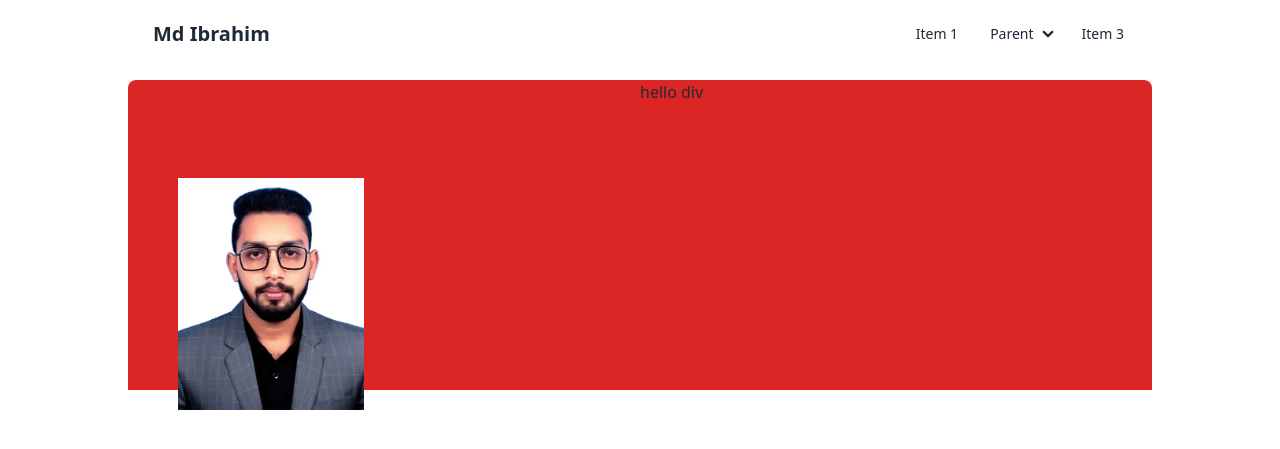
Repository: mdrubel02/portfilo
Page: /
An editor plug-in stored every save of this project. The page is shown before and after the next save, followed by the edit.
The browser window is 1280 px wide. The pictures show the whole page.
The project was rebuilt for these pictures with package versions that can differ from the ones it lists, and the page was loaded fresh each time. Also part of the build but not shown: vite.config.js.

Above is the page before, as saved 2023-06-22 20:37:19.

### src/main.jsx
import React from 'react'
import ReactDOM from 'react-dom/client'
import './index.css'
import { RouterProvider } from 'react-router-dom'
import router from './Layout/routes'



ReactDOM.createRoot(document.getElementById('root')).render(
  <React.StrictMode>
    <div className='max-w-screen-lg mx-auto'>
      <RouterProvider router={router} />
    </div>
  </React.StrictMode>,
)

### src/Layout/routes.jsx
import { createBrowserRouter } from "react-router-dom";
import Main from "./Main";
import Home from "../Pages/Home/Home";


const router = createBrowserRouter([
  {
    path: "/",
    element: <Main />,
    children: [
      { path: '/', element: <Home /> },
      { path: '/home', element: <Home /> }
    ]
  }
]);

export default router;

### src/Layout/Main.jsx
import React from 'react';
import Navbar from '../Shared/Navbar/Navbar';
import { Outlet } from 'react-router-dom';

const Main = () => {
    return (
        <div className=''>
            <Navbar />
            <Outlet />
        </div>
    );
};

export default Main;

### src/Pages/Home/Home.jsx
import React from 'react';
import profile from '../../assets/nayeem.jpg'

const Home = () => {
    return (
        <div className='mt-3 '>
            <div className='h-[310px] bg-red-600 relative rounded-t-lg'>
                <div className='flex'>
                    <div className='flex-1'>
                        <div class=" h-full">
                            <img className='h-3/4 absolute bottom-[-20px] left-[50px]' src={profile} alt="profile" />
                        </div>
                    </div>

                    <div className='flex-1'><p>hello div</p></div>
                </div>
            </div>
        </div>
    );
};

export default Home;

### src/Shared/Navbar/Navbar.jsx
import React from 'react';

const Navbar = () => {
    return (
        <div className="navbar bg-base-100 ">
            <div className="navbar-start">
            <div className="dropdown ">
                    <label tabIndex={0} className="btn btn-ghost lg:hidden">
                        <svg xmlns="http://www.w3.org/2000/svg" className="h-5 w-5" fill="none" viewBox="0 0 24 24" stroke="currentColor"><path strokeLinecap="round" strokeLinejoin="round" strokeWidth="2" d="M4 6h16M4 12h8m-8 6h16" /></svg>
                    </label>
                    <ul tabIndex={0} className="menu menu-sm dropdown-content mt-3 z-[1] p-2 shadow bg-base-100 rounded-box w-52">
                        <li><a>Item 1</a></li>
                        <li>
                            <a>Parent</a>
                            <ul className="p-2">
                                <li><a>Submenu 1</a></li>
                                <li><a>Submenu 2</a></li>
                            </ul>
                        </li>
                        <li><a>Item 3</a></li>
                    </ul>
                </div>
                <a className="btn btn-ghost normal-case text-xl">Md Ibrahim</a>
            </div>
            <div className="navbar-end hidden lg:flex">
                <ul className="menu menu-horizontal px-1">
                    <li><a>Item 1</a></li>
                    <li tabIndex={0}>
                        <details>
                            <summary>Parent</summary>
                            <ul className="p-2">
                                <li><a>Submenu 1</a></li>
                                <li><a>Submenu 2</a></li>
                            </ul>
                        </details>
                    </li>
                    <li><a>Item 3</a></li>
                </ul>
            </div>


        </div>
    );
};

export default Navbar;

Loaded but not shown: index.html (common file); src/index.css (common file); tailwind.config.js (common file)

After the next save:
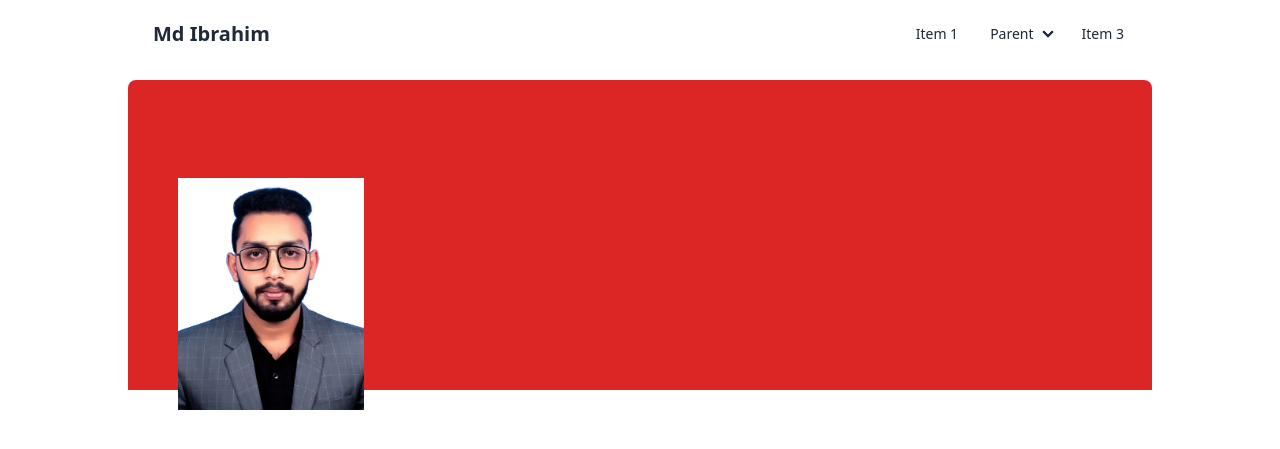
Saved 51 s later.
--- a/src/Pages/Home/Home.jsx
+++ b/src/Pages/Home/Home.jsx
@@ -12,7 +12,11 @@ const Home = () => {
                         </div>
                     </div>
 
-                    <div className='flex-1'><p>hello div</p></div>
+                    <div className='flex-1'>
+                        <div className='flex justify-center items-center'>
+
+                        </div>
+                    </div>
                 </div>
             </div>
         </div>
